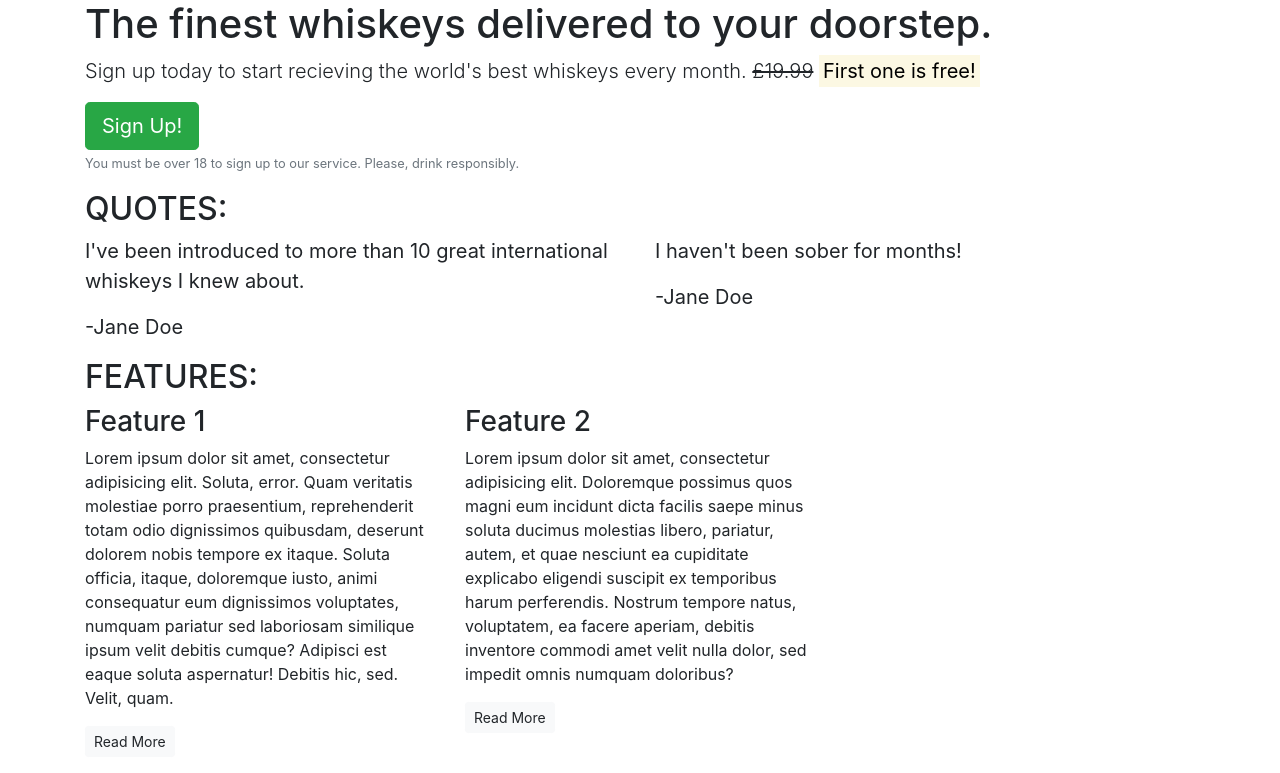
Repository: Leannald13/whiskey-project
Page: index.html
The author's editor kept a record of every edit. The page is drawn from the files as they stood at one moment, then again after the next edit.
The browser window is 1280 px wide. The pictures show the whole page.

Above is the page before.
Console error: TypeError: Cannot read properties of undefined (reading 'fn')

### index.html
<!DOCTYPE html>
<html lang="en">

<head>
    <meta charset="UTF-8">
    <meta name="viewport" content="width=device-width, initial-scale=1.0">
    <meta http-equiv="X-UA-Compatible" content="ie=edge">
    <link rel="stylesheet" href="https://stackpath.bootstrapcdn.com/bootstrap/4.1.3/css/bootstrap.min.css" integrity="sha384-MCw98/SFnGE8fJT3GXwEOngsV7Zt27NXFoaoApmYm81iuXoPkFOJwJ8ERdknLPMO" crossorigin="anonymous">
    <script src="https://stackpath.bootstrapcdn.com/bootstrap/4.1.3/js/bootstrap.min.js" integrity="sha384-ChfqqxuZUCnJSK3+MXmPNIyE6ZbWh2IMqE241rYiqJxyMiZ6OW/JmZQ5stwEULTy" crossorigin="anonymous"></script>
    <title>Whiskey Drop: Taste a new whiskey every month</title>
</head>

<body>
    <article class="container">
        <div class="row">
            <div class="col-12">
                <section class="callout">
                    <h1>The finest whiskeys delivered to your doorstep.</h1>
                    <p class="lead">Sign up today to start recieving the world's best whiskeys every month.
                        <s>£19.99</s> <strong><mark>First one is free!</mark></strong></p>
                    <button class="btn btn-success btn-lg">Sign Up!</button>
                    <p class="text-muted"><small>You must be over 18 to sign up to our service. Please, drink responsibly.</small></p>
                </section>
            </div>
        </div>
        <section class="quotes">
            <div class="row">
                <div class="col-12">
                    <h2 class="text-uppercase">Quotes:</h2>
                </div>
            </div>
            <div class="row">
                <div class="col-12 col-md-6">
                    <blockquote class="blockquote">
                        <p>I've been introduced to more than 10 great international whiskeys I knew about.</p>
                        <p>-Jane Doe</p>
                    </blockquote>
                </div>
                <div class="col-12 col-md-6">
                    <blockquote class="blockquote">
                        <p>I haven't been sober for months!</p>
                        <p>-Jane Doe</p>
                    </blockquote>
                </div>
            </div>
        </section>
        <section class="features">
            <div class="row">
                <div class="col-12">
                    <h2 class="text-uppercase">Features:</h2>
                </div>
            </div>
            <div class="row">
                <div class="col-12 col-md-6 col-lg-4">
                    <div class="feature">
                        <h3>Feature 1</h3>
                        <p>Lorem ipsum dolor sit amet, consectetur adipisicing elit. Soluta, error. Quam veritatis molestiae porro praesentium, reprehenderit totam odio dignissimos quibusdam, deserunt dolorem nobis tempore ex itaque. Soluta officia, itaque,
                            doloremque iusto, animi consequatur eum dignissimos voluptates, numquam pariatur sed laboriosam similique ipsum velit debitis cumque? Adipisci est eaque soluta aspernatur! Debitis hic, sed. Velit, quam.</p>
                        <p><a class="btn btn-sm btn-light" href="">Read More</a></p>
                    </div>
                </div>
                <div class="col-12 col-md-6 col-lg-4">
                    <div class="feature">
                        <h3>Feature 2</h3>
                        <p>Lorem ipsum dolor sit amet, consectetur adipisicing elit. Doloremque possimus quos magni eum incidunt dicta facilis saepe minus soluta ducimus molestias libero, pariatur, autem, et quae nesciunt ea cupiditate explicabo eligendi
                            suscipit ex temporibus harum perferendis. Nostrum tempore natus, voluptatem, ea facere aperiam, debitis inventore commodi amet velit nulla dolor, sed impedit omnis numquam doloribus?</p>
                        <p><a class="btn btn-sm btn-light" href="">Read More</a></p>
                    </div>
                </div>
                <div class="col-12 d-md-none">
                    <div class="feature">
                        <h3>Feature 3</h3>
                        <p>Lorem ipsum dolor sit amet, consectetur adipisicing elit. Dolorum nesciunt quis corporis neque possimus voluptates, officiis, molestiae unde fugiat quia, minus beatae quam accusamus amet similique itaque adipisci veritatis facere
                            cumque ducimus pariatur. Porro quia voluptatem rem, sapiente. Aspernatur error quam eius, porro! Eum harum est suscipit fugiat temporibus, aperiam possimus saepe. Vitae, cupiditate, at.</p>
                    </div>
                </div>
            </div>


        </section>
    </article>

</body>

</html>

After the next edit:
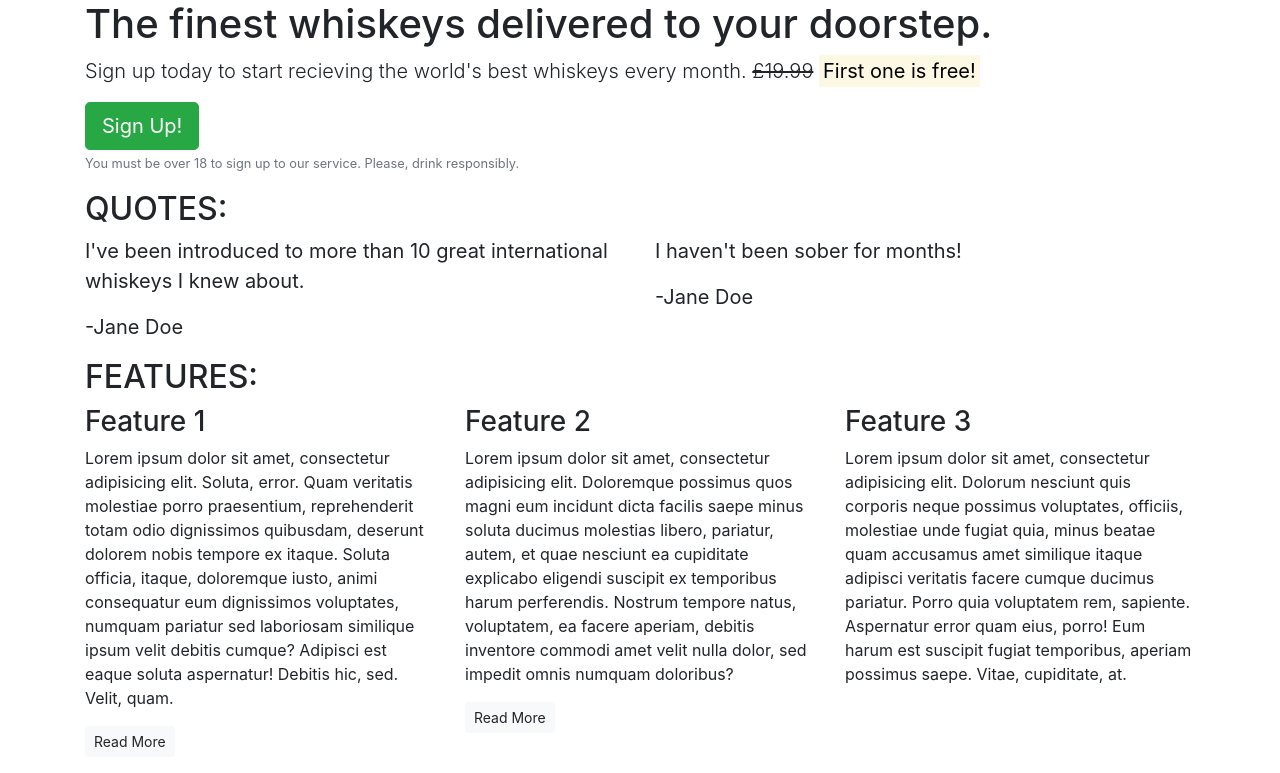
The edit:
--- a/index.html
+++ b/index.html
@@ -67,7 +67,7 @@
                         <p><a class="btn btn-sm btn-light" href="">Read More</a></p>
                     </div>
                 </div>
-                <div class="col-12 d-md-none">
+                <div class="col-12 d-md-none d-lg-block col-lg-4">
                     <div class="feature">
                         <h3>Feature 3</h3>
                         <p>Lorem ipsum dolor sit amet, consectetur adipisicing elit. Dolorum nesciunt quis corporis neque possimus voluptates, officiis, molestiae unde fugiat quia, minus beatae quam accusamus amet similique itaque adipisci veritatis facere
